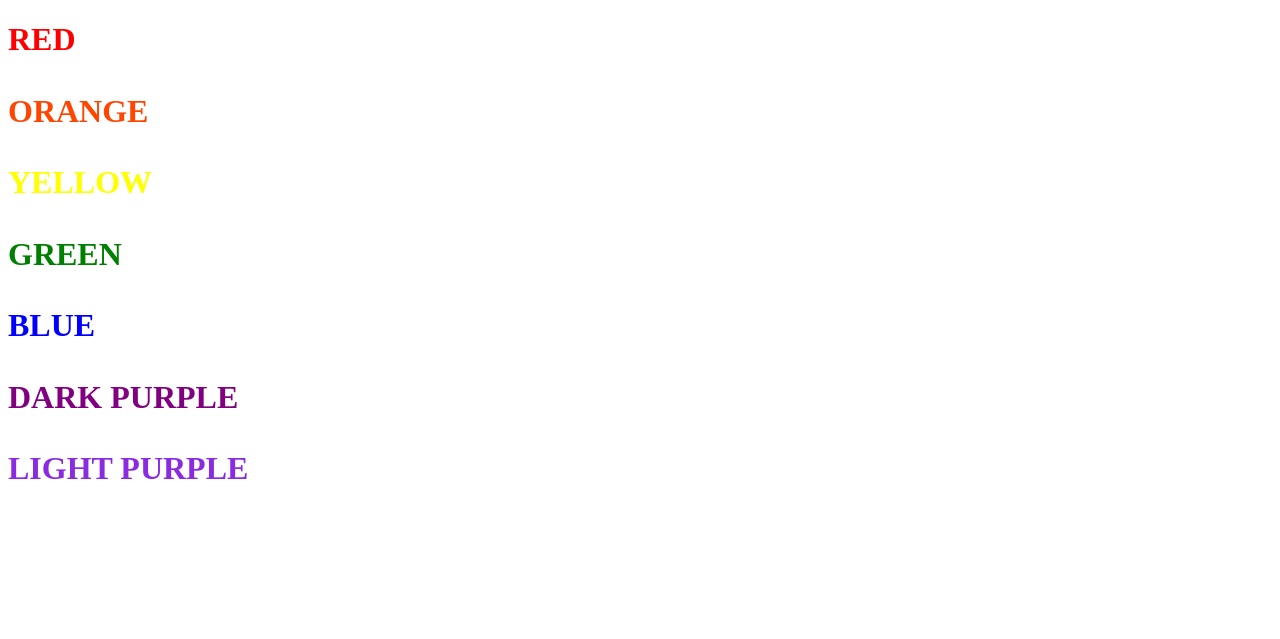
Repository: W3asl3y/IWA-challenges
Page: Interactive Rainbow Challenge/index.html
The author's editor kept a copy of each file at every save. The page is drawn from the files as they stood at one save, then again after a run of saves.
The browser window is 1280 px wide. The pictures show the whole page.

Above is the page before, as saved 2023-02-01 08:46:08.
Console error: TypeError: redDiv.appendChild is not a function

After the next 2 saves:
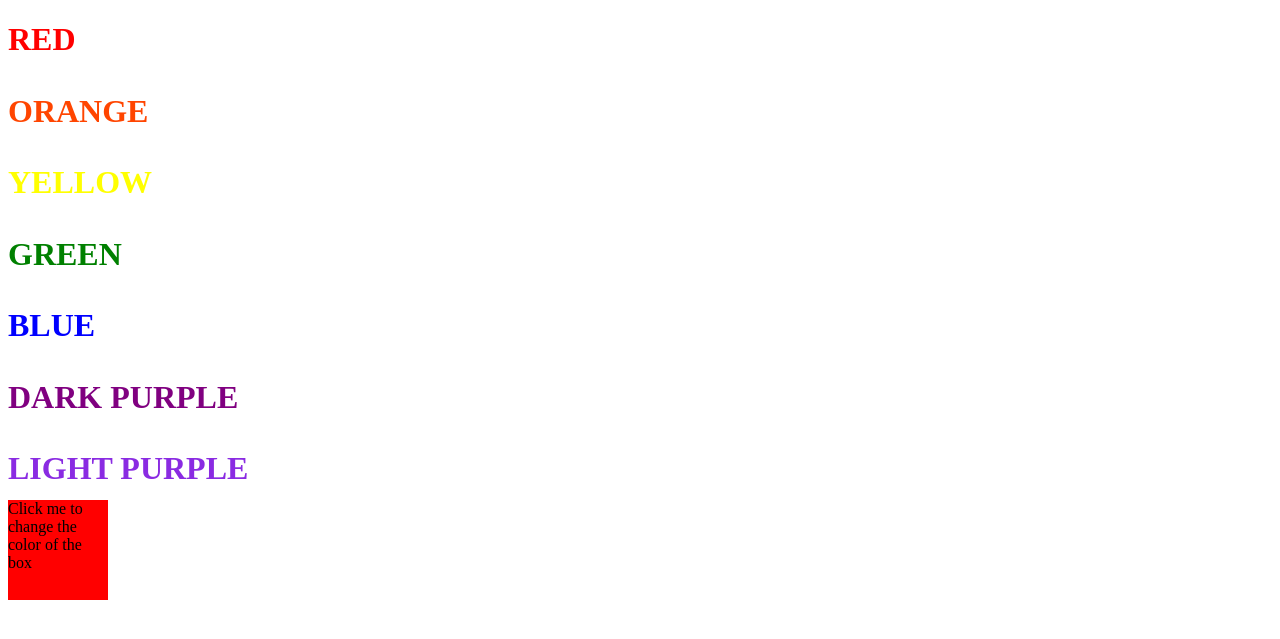
The error is gone.
The 2 saves are shown as one change because they came seconds apart.
The last was saved 17 s later.
--- a/Interactive Rainbow Challenge/javascript/script.js
+++ b/Interactive Rainbow Challenge/javascript/script.js
@@ -1,7 +1,3 @@
-var redDivText = document.createElement("redDiv");
-redDivText.innerHTML = 'RED';
-redDiv.appendChild(redDivText);
-
 function redDiv(){
     var e = document.getElementById("redBg");
     var c = window.getComputedStyle(e).backgroundColor;
